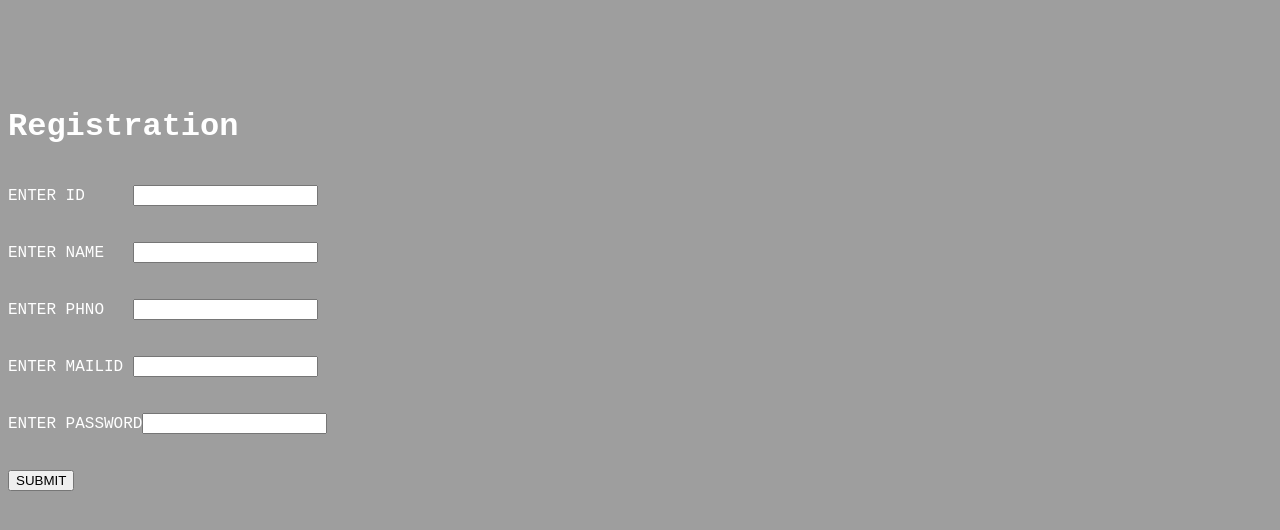
Repository: subhamsourabh265/LibManagementSystemJ2EE-
Page: library/WebContent/registration.html
These files come from the project's save history. The page is drawn as it stood at one moment and after the next save; the edit follows.
The browser window is 1280 px wide. The pictures show the whole page.

Above is the page before, as saved 2015-07-06 20:13:03.

### library/WebContent/registration.html
<!DOCTYPE html PUBLIC "-//W3C//DTD HTML 4.01 Transitional//EN" "http://www.w3.org/TR/html4/loose.dtd">
<html>
<head>
<meta http-equiv="Content-Type" content="text/html; charset=ISO-8859-1">
<title>Registration Page</title>
</head>
<body background="C:\Users\daud win7\Desktop\376152628_249e3630c0_b.jpg"><br>
<form action="signup" method="post">
<pre>
<mid1>
<font color="white">
<font size=4>
<h1>Registration</h1>
ENTER ID     <input type="text" name="n1"><br><br>
ENTER NAME   <input type="text" name="n2"><br><br>
ENTER PHNO   <input type="text" name="n3"><br><br>
ENTER MAILID <input type="text" name="n4"><br><br>
ENTER PASSWORD<input type="text" name="n5"><br><br>
<input type="submit" name="submit" value="SUBMIT">
</font>
</font>
</mid1>
</pre>
</form>
</body>
</html>

After the next save:
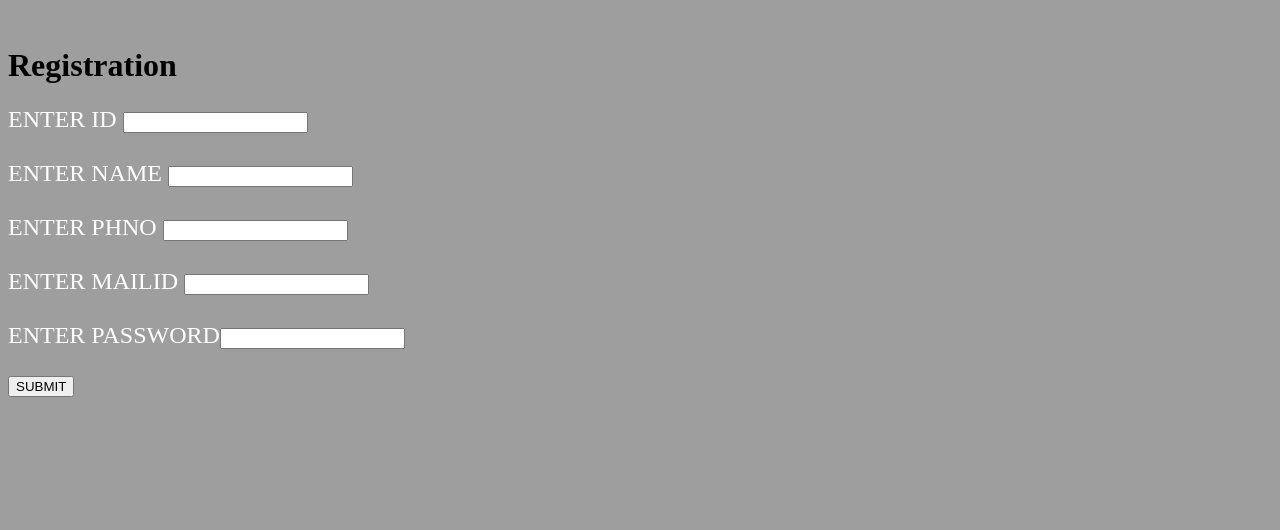
Saved 3 min 15 s later.
--- a/library/WebContent/registration.html
+++ b/library/WebContent/registration.html
@@ -5,12 +5,9 @@
 <title>Registration Page</title>
 </head>
 <body background="C:\Users\daud win7\Desktop\376152628_249e3630c0_b.jpg"><br>
+<h1>Registration</h1>
 <form action="signup" method="post">
-<pre>
-<mid1>
-<font color="white">
-<font size=4>
-<h1>Registration</h1>
+<font size = 5 color="white">
 ENTER ID     <input type="text" name="n1"><br><br>
 ENTER NAME   <input type="text" name="n2"><br><br>
 ENTER PHNO   <input type="text" name="n3"><br><br>
@@ -18,9 +15,6 @@ ENTER MAILID <input type="text" name="n4"><br><br>
 ENTER PASSWORD<input type="text" name="n5"><br><br>
 <input type="submit" name="submit" value="SUBMIT">
 </font>
-</font>
-</mid1>
-</pre>
 </form>
 </body>
 </html>
